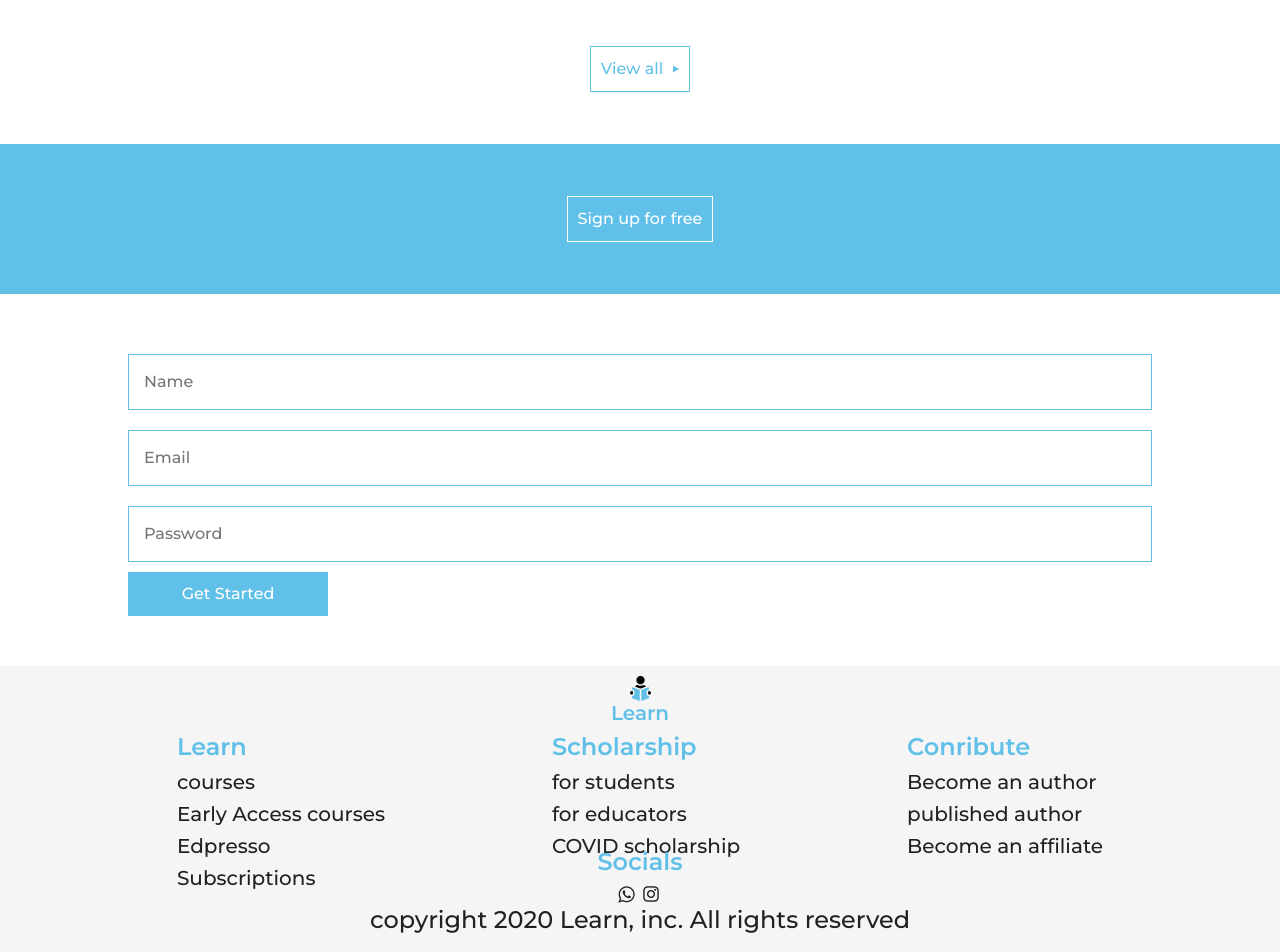
Repository: TiaraOluwanimi/team5
Page: tutor.html
The author's editor kept a copy of each file at every save. The page is drawn from the files as they stood at one save, then again after a run of saves.
The browser window is 1280 px wide. The pictures show the part of the page from y = 2344 to 3296 px (the page is 3296 px tall).
A picture or video elsewhere on the page could not be fetched, so the positions and the page height are approximate. Some web libraries are served in a nearby version.

Above is the page before, as saved 2020-08-08 12:18:35.

### tutor.html
<!DOCTYPE html>
<html lang="zxx">
  <head>
    <meta charset="UTF-8" />
    <meta name="viewport" content="width=device-width, initial-scale=1.0" />
    <title>Online Tutoring</title>
    <!-- Custom Css -->
    <link rel="stylesheet" href="./assets/css/header-footer.css" />
    <link rel="stylesheet" href="./assets/css/tutor.css" />
    <link rel="stylesheet" href="./assets/css/testimonial.css" />
    <!-- Favicon -->

    <!---------------------- CDNs----------------- -->
    <!-- Bootstrap CSS CDN -->
    <link
      rel="stylesheet"
      href="https://maxcdn.bootstrapcdn.com/bootstrap/4.0.0/css/bootstrap.min.css"
      integrity="sha384-Gn5384xqQ1aoWXA+058RXPxPg6fy4IWvTNh0E263XmFcJlSAwiGgFAW/dAiS6JXm"
      crossorigin="anonymous"
    />
    <!-- fontawesome CDN -->
    <!-- Google Font -->
    <link href="https://fonts.googleapis.com/css2?family=Montserrat:wght@500;600&display=swap" rel="stylesheet">
    <!-- Font Awesome -->
    <script src="https://kit.fontawesome.com/0f19ba4771.js" crossorigin="anonymous"></script>

</head>

<body>
    <!-- Welcome to this online tutoring website. 😊 -->
    <!--  Header  -->
    <nav class="nav1">
      <a href="#"><img src="./assets/img/logo.png" alt="" /></a>
      <div class="nav1div1">
        <img
          class="searchicon"
          onclick="displaySearchBar()"
          src="./assets/img/search.png"
          alt=""
        />
        <button class="nav1butt1">Log in</button>
        <button class="nav1butt2">Join for free</button>
      </div>
      <div class="nav1div2 display">
        <input
          class="searchbar"
          type="text"
          placeholder="Enter Text here"

        />
      </div>
    </nav>

    <!-- Landing Page -->
    <div class="div1">
        <img class="div1img1" src="./assets/img/hero-img.png" alt="">
        <div class="div1div1">
            <i class="fas fa-play-circle fa-2x div1img2"></i>
            &nbsp;&nbsp;&nbsp;
            <h3 class="div1hh1">TAKE A TOUR</h3>
        </div>
    </div>

    <div class="div2">
        <h1 class="div2hh1">
            LEARN ALL YOU WANT, AT YOUR OWN
            <span class="div2hh2">PACE.</span>
        </h1>
        <h4 class="div2hh3">
            Lorem ipsum dolor sit amet, consectetur
            adipiscing elit, sed do eiusmod tempor
            incididunt ut labore et dolore magna
            aliqua. Ut enim ad minim veniam, quis
            nostrud exercitation ullamco laboris nisi
            ut aliquip ex ea commodo consequat.
        </h4>
        <div class="div2div1">
            <button class="div2butt1">Get Started</button>
        </div>
    </div>
    <!-- join us section -->
    <section id="join-us" class="py-5" style="position: relative;">
        <div style="position: absolute; right: 0px; top:-10px;">
          <img src="./assets/img/Ellipse13.png" alt="" class="img-fluid" >
        </div>
        <div class="container">
          <div class="row">
            <div class="col-12 mx-auto text-center">
              <h4 class="mx-auto sec-head">
                <span><strong>Join Us</strong></span>
              </h4>
              <p>
                Join us for free classes taught by experts. And explore hundreds
                of free online classes.
              </p>
            </div>
            <div class="row py-3">
                <div class="col-md-4 text-center my-3">
                  <div class="box-shadow py-3">
                    <img
                      src="./assets/img/course.png"
                      alt=""
                      class="join-img img-fluid rounded-circle w-50"
                    />
                    <h4 class="my-5"><strong>Choose a Course</strong></h4>
                  </div>
                </div>
                <div class="col-md-4 text-center my-3">
                  <div class="box-shadow py-3">
                    <img
                      src="./assets/img/skillset.png"
                      alt=""
                      class="join-img img-fluid rounded-circle w-50"
                    />
                    <h4 class="my-5"><strong>Grow your skillset</strong></h4>
                  </div>
                </div>
                <div class="col-md-4 text-center my-3">
                  <div class="box-shadow py-3">
                    <img
                      src="./assets/img/mentorship.png"
                      alt=""
                      class="join-img img-fluid rounded-circle w-50"
                    />
                    <h4 class="my-5"><strong>Meet a mentor</strong></h4>
                  </div>
                </div>
                <button
                  class="btn btn-lg btn-outline-primary py-3 px-5 rounded-0 mx-auto"
                >
                  View All
                </button>
              </div>
            </div>
        </div>
          </section>

    <!-- service section -->
    <section id="services" class="py-5" style="position: relative;">
      <div style="position: absolute; left: 0px; top: -30px;">
        <img src="./assets/img/Ellipse10.png" alt="" />
      </div>
      <div
        style="position: absolute; right: 0px; top: 30%; transform: scale(-1);"
      >
        <img src="./assets/img/Ellipse10.png" alt="" />
      </div>
      <div class="container">
        <div class="row">
          <div class="col-12 mx-auto text-center">
            <h4 class="mx-auto sec-head">
              <span><strong>Services</strong></span>
            </h4>
            <p>
              Helping over 5,000 students reach their ultimate goals with our
              special packages.
            </p>
          </div>
        </div>
        <div class="row p-3">
          <div class="col-md-4 text-center py-3">
            <h4><strong>Get help, FAST</strong></h4>
            <img
              src="./assets/img/hourglass1.png"
              alt=""
              class="img-fluid w-25 my-3"
            />
            <p class="my-3" style="font-size: 14px;">
              Lorem ipsum dolor sit amet, consectetur adipiscing elit, sed do
              eiusmod tempor incididunt ut labore et dolore magna aliqua. Ut
              enim ad minim veniam, quis nostrud exercitation ullamco laboris
              nisi ut aliquip ex ea commodo consequat. um.
            </p>
            <h6 class="border py-3 px-1 mx-3 border-primary">
              Learn More <i></i>
            </h6>
          </div>
          <div class="col-md-4 text-center py-3">
            <h4><strong>Personalised tutoring</strong></h4>
            <img
              src="./assets/img/teacher1.png"
              alt=""
              class="img-fluid w-25 my-3"
            />
            <p class="my-3" style="font-size: 14px;">
              Lorem ipsum dolor sit amet, consectetur adipiscing elit, sed do
              eiusmod tempor incididunt ut labore et dolore magna aliqua. Ut
              enim ad minim veniam, quis nostrud exercitation ullamco laboris
              nisi ut aliquip ex ea commodo consequat. um.
            </p>
            <h6 class="border py-3 px-1 mx-3 border-primary">
              Learn More <i></i>
            </h6>
          </div>
          <div class="col-md-4 text-center py-3">
            <h4><strong>80+ Courses</strong></h4>
            <img
              src="./assets/img/test1.png"
              alt=""
              class="img-fluid w-25 my-3"
            />
            <p class="my-3" style="font-size: 14px;">
              Lorem ipsum dolor sit amet, consectetur adipiscing elit, sed do
              eiusmod tempor incididunt ut labore et dolore magna aliqua. Ut
              enim ad minim veniam, quis nostrud exercitation ullamco laboris
              nisi ut aliquip ex ea commodo consequat. um.
            </p>
            <h6 class="border py-3 px-1 mx-3 mx-lg-1 border-primary">
              Learn More <i></i>
            </h6>
          </div>
        </div>
      </div>
    </section>
    <!-- Testimonial section -->
    <section>
      <div>
        <div class="testimonial-heading">
          <div>
            <h4 class="mx-auto sec-head">
              <span><strong>Testimonials</strong></span>
            </h4>
          </div>
          <p>what our awesome client are saying</p>
        </div>
        <div  id="testimonial-details">
          <div class="testimonial-card col-3">
            <img src="./assets/img/Ellipse7.png" alt="">
            <div class="testimonial-statement">
              <p>Lorem ipsum dolor sit amet, consectetur adipiscing elit, sed do odo consequat. um.</p>
            </div>
            <p>-Rafiu</p>
          </div>
          <div class="testimonial-card col-3">
            <img src="./assets/img/Ellipse7.png" alt="">
            <div class="testimonial-statement">
              <p>Lorem ipsum dolor sit amet, consectetur adipiscing elit, sed do odo consequat. um.</p>
            </div>
            <p>-Rafiu</p>
          </div>
          <div class="testimonial-card col-3">
            <img src="./assets/img/Ellipse7.png" alt="">
            <div class="testimonial-statement">
              <p>Lorem ipsum dolor sit amet, consectetur adipiscing elit, sed do odo consequat. um.</p>
            </div>
            <p>-Rafiu</p>
          </div>

        </div>
        <div id="view-all-button">

          <button>View all<img src="./assets/img/polygonImg.png" alt="A play "/></button>
        </div>

        <div id="sign-button">

          <button>Sign up for free</button>
        </div>
        <div class="testimonial-container">
          <form >
            <input type="text" placeholder="Name">
            <input type="email" placeholder="Email">
            <input type="password" placeholder="Password">
            <button>Get Started</button>
          </form>
        </div>
      </div>
    </section>
    <!--  Footer  -->
    <footer class="footer1">
      <div class="footer1div1">
        <img class="footer1img1" src="./assets/img/logo.png" alt="" />
        <h5 class="footer1hh1">Learn</h5>
      </div>

      <div class="footer1div2">
        <div class="footer1div3">
          <h4 class="footer1hh2">Learn</h4>
          <a href="" class="footer1link1"
            ><h5 class="footer1hh3">courses</h5></a
          >
          <a href="" class="footer1link1"
            ><h5 class="footer1hh3">Early Access courses</h5></a
          >
          <a href="" class="footer1link1"
            ><h5 class="footer1hh3">Edpresso</h5></a
          >
          <a href="" class="footer1link1"
            ><h5 class="footer1hh3">Subscriptions</h5></a
          >
        </div>
        <div class="footer1div4">
          <h4 class="footer1hh2">Scholarship</h4>
          <a href="" class="footer1link1"
            ><h5 class="footer1hh3">for students</h5></a
          >
          <a href="" class="footer1link1"
            ><h5 class="footer1hh3">for educators</h5></a
          >
          <a href="" class="footer1link1"
            ><h5 class="footer1hh3">COVID scholarship</h5></a
          >
        </div>
        <div class="footer1div5">
          <h4 class="footer1hh2">Conribute</h4>
          <a href="" class="footer1link1"
            ><h5 class="footer1hh3">Become an author</h5></a
          >
          <a href="" class="footer1link1"
            ><h5 class="footer1hh3">published author</h5></a
          >
          <a href="" class="footer1link1"
            ><h5 class="footer1hh3">Become an affiliate</h5></a
          >
        </div>
      </div>

      <div class="footer1div6">
        <h4 class="footer1hh2 redd">Socials</h4>
        <a href="#"><img src="./assets/img/whatsapp.png" alt="" /></a>
        <a href="#"><img src="./assets/img/instagram.png" alt="" /></a>
      </div>

      <h4 class="footer1hh4">
        copyright 2020 Learn, inc. All rights reserved
      </h4>
    </footer>

    <!---------------------- CDNs----------------- -->
    <!-- jQuery CDN -->
    <script
      src="https://code.jquery.com/jquery-3.2.1.slim.min.js"
      integrity="sha384-KJ3o2DKtIkvYIK3UENzmM7KCkRr/rE9/Qpg6aAZGJwFDMVNA/GpGFF93hXpG5KkN"
      crossorigin="anonymous"
    ></script>
    <!-- ajax CDN -->
    <script
      src="https://cdnjs.cloudflare.com/ajax/libs/popper.js/1.12.9/umd/popper.min.js"
      integrity="sha384-ApNbgh9B+Y1QKtv3Rn7W3mgPxhU9K/ScQsAP7hUibX39j7fakFPskvXusvfa0b4Q"
      crossorigin="anonymous"
    ></script>
    <!-- BootstrapJS CDN -->
    <script
      src="https://maxcdn.bootstrapcdn.com/bootstrap/4.0.0/js/bootstrap.min.js"
      integrity="sha384-JZR6Spejh4U02d8jOt6vLEHfe/JQGiRRSQQxSfFWpi1MquVdAyjUar5+76PVCmYl"
      crossorigin="anonymous"
    ></script>
    <!-- Custom Javascript Links -->
    <script src="./assets/js/tutor.js"></script>
  </body>
</html>

### assets/css/header-footer.css

/*  Header Navbar */
body{
  margin: 0;
}
.nav1{
   margin: 10px;
}
.nav1div1{
    display: inline;
    float: right;
}
.nav1butt1{
    color: #212121;
    border-color: #212121;
    border-width: 1px;
    background-color: #FFFFFF;
    padding: 7px 7px;
    font-family: 'Montserrat', sans-serif;
    font-weight: 500;
    outline: none;
    margin-left: 35px;
}
.nav1butt2{
    color: #FFFFFF;
    border-color: #60C0E8;
    border: none;
    background-color: #60C0E8;
    padding: 8px 7px;
    font-family: 'Montserrat', sans-serif;
    font-weight: 500;
    outline: none;
    margin-left: 8px;
}
.nav1butt1:hover{
    background-color: #f0f0f0;
      cursor: pointer;
}
.nav1butt2:hover{
    background-color: #60adce;
    cursor: pointer;
}
.searchicon:hover{
    cursor: pointer;
}
.nav1div2{
    text-align: center;
    width: 100%;
    margin-top: 10px;
}
.searchbar{
    width: 60%;
    font-family: 'Montserrat', sans-serif;
    outline: none;
    border-radius: 10px;
    padding: 10px;
    border-width: 1px;
}
.footer1link1{
    text-decoration: none;
}
.display{
    display: none;
}



/*  Footer  */
.footer1{
    padding: 10px;
    background-color: #F5F5F5;
}
.footer1div1{
    text-align: center;
}
.footer1hh1{
    margin-top: 0px;
    font-family: 'Montserrat', sans-serif;
    color: #60C0E8;
    font-weight: 600;
}
.footer1div2{
    display: flex;
    flex-direction:row;
    justify-content: space-evenly;
}
.footer1hh2{
    font-family: 'Montserrat', sans-serif;
    color: #60C0E8;
    font-weight: 600;
}
.footer1hh3{
    font-family: 'Montserrat', sans-serif;
    color: #212121;
    font-weight: normal;
}
.footer1div6{
    text-align: center;
    margin-top: -50px;
}
.redd{
    margin-bottom: 5px;
}
.footer1hh4{
    text-align: center;
    font-family: 'Montserrat', sans-serif;
    color: #212121;
    font-style: normal;
    font-weight: 500;
}

/* Footer Media Queries */
@media only screen and (max-width: 399px) {
    .footer1div2{
        flex-direction: column;
        align-items: center;
    }
    .footer1div6{
        text-align: center;
        margin-top: -10px;
    }
}

### assets/css/tutor.css
* {
  font-family: "Montserrat", sans-serif;
}
.div1 {
  margin: 10px;
  text-align: center;
}
.div1div1 {
  width: 100%;
  display: flex;
  justify-content: center;
  background-color: #60c0e8;
  margin-top: -5px;
}
.div1img1 {
  width: 100%;
  height: 350px;
}
.div1img2 {
  padding-top: 15px;
  color: #ffffff;
}
.div1div1:hover {
  background-color: #60adce;
  cursor: pointer;
}
.div1hh1 {
  font-family: "Montserrat", sans-serif;
  font-weight: 600;
  color: #ffffff;
}

.div2 {
  margin: 10px;
}
.div2hh1 {
  font-family: "Montserrat", sans-serif;
  text-align: center;
  color: #3a3a3a;
  font-weight: bold;
}
.div2hh2 {
  color: #60c0e8;
}
.div2hh3 {
  font-family: "Montserrat", sans-serif;
  text-align: center;
  color: #000000;
  font-weight: 500;
}
.div2div1 {
  text-align: center;
}
.div2butt1 {
  background-color: #60c0e8;
  font-weight: 500;
  color: #ffffff;
  border: none;
  outline: none;
  padding: 15px 30px;
  font-size: large;
}
.div2butt1:hover {
  background-color: #60adce;
  cursor: pointer;
}

/* this handles the line in each section heading  */
.sec-head {
  width: 30%;
  text-align: center;
  border-bottom: 2px solid #000;
  line-height: 0.1em;
  margin: 10px 0 20px;
}
.sec-head span {
  background: #fff;
  padding: 0 10px;
}
/* join us images border */
.join-img {
  border: 5px solid #60c0e8 !important;
}
/* box shadow */
.box-shadow {
  box-shadow: 0px 5px 30px 0.5px #e6e6e6;
}
.box-shadow:hover {
  box-shadow: 0px 5px 30px 5px #c7c7c7;
}

@media screen and (max-width: 320px) {
  .sec-head {
    width: 70%;
  }
}

### assets/css/testimonial.css
.testimonial-heading{
    text-align:center;
    margin-bottom: 50px;;
}
.testimonial-card{
    text-align: center;
    height:250px;
    width:500px;
    padding:15px;
    position: relative;
    background-color: #60C0E8;
    margin: 50px 20px 25px;


}
.testimonial-card img{
    margin-top:-60px;

    width:120px;
    border: 8px solid white;
    border-radius: 100%;

}
.testimonial-statement{
    color:#fff;
    margin:10px 0;
}
#testimonial-details{
    display:flex;
    justify-content: space-around;
    flex-wrap:nowrap;
    overflow-y: scroll;
}

@media(min-wdith:750px){

}
.testimonial-container{
    width:90%;
    margin:0 auto;
    overflow: hidden;
}

#sign-button{
    background: #60C0E8;
    width:100%;
    height:150px;
    display: flex;
    align-items: center;
    justify-content: center;
}
#sign-button button{
    background:#60C0E8;
    color:#fff;
    padding:10px;
    border:1px solid #fff;
    transition: ease 1s;
}
#sign-button button:hover{
    background:#fff;
    color:#60C0E8;
  ;
}
#view-all-button{

    width:100%;
    height:150px;
    display: flex;
    align-items: center;
    justify-content: center;
}
#view-all-button button{
    background: #fff;
    padding:10px;
    color:#60C0E8;
    padding:10px;
    border:1px solid #60C0E8;
    transition: ease 1s;
}
#view-all-button button img{
    margin-left:10px;
}
#view-all-button button:hover{
    background:#fff;
    color:#60C0E8;
  ;
}
form{
    box-sizing: border-box;
    margin:50px 0;
}
form input{
    width:100%;
    margin:10px 0;
    padding:15px;
    border: 1px solid #60C0E8;
    box-sizing: border-box;
}

form button{
    width:200px;
    margin: 0 auto;
    background: #60C0E8;
    color:#fff;
    padding:10px;
    border:none;
}

@media(min-width:760px){
    .testimonial-container{
        width:80%;
        margin:0 auto;
        overflow: hidden;
    }
    #testimonial-details{
        display:flex;
        justify-content: space-around;
        flex-wrap:nowrap;

    }
}

### assets/js/tutor.js

function displaySearchBar(){
    document.querySelector(".nav1div2").classList.toggle("display");
}

After the next 5 saves:
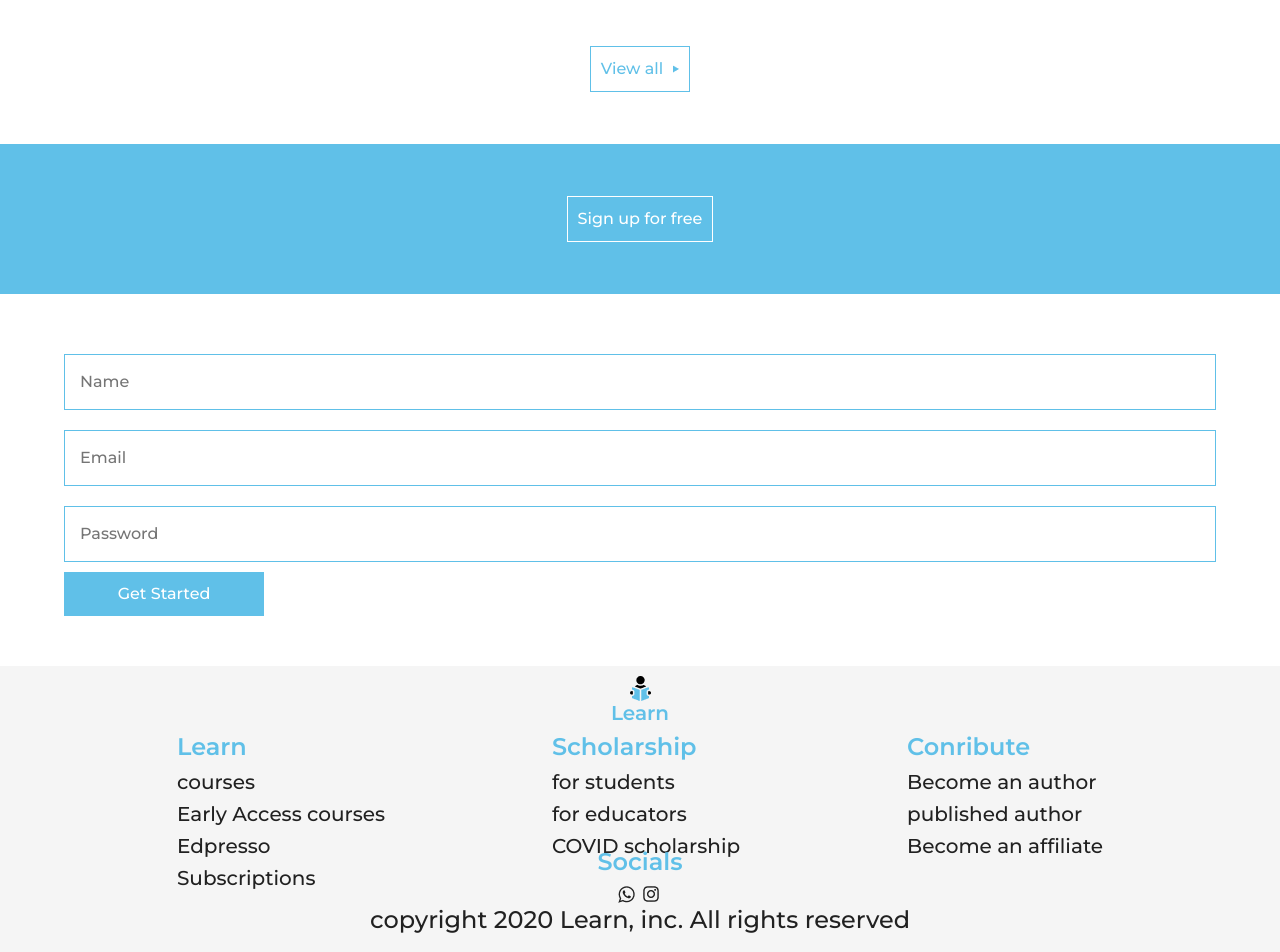
The 5 saves are shown as one change because they came seconds apart.
The last was saved 43 s later.
--- a/assets/css/testimonial.css
+++ b/assets/css/testimonial.css
@@ -105,7 +105,7 @@
     padding:10px;
     border:none;
 }
-
+@media(max-wdith:)
 @media(min-width:760px){
     .testimonial-container{
         width:80%;

After the 2 saves that followed:
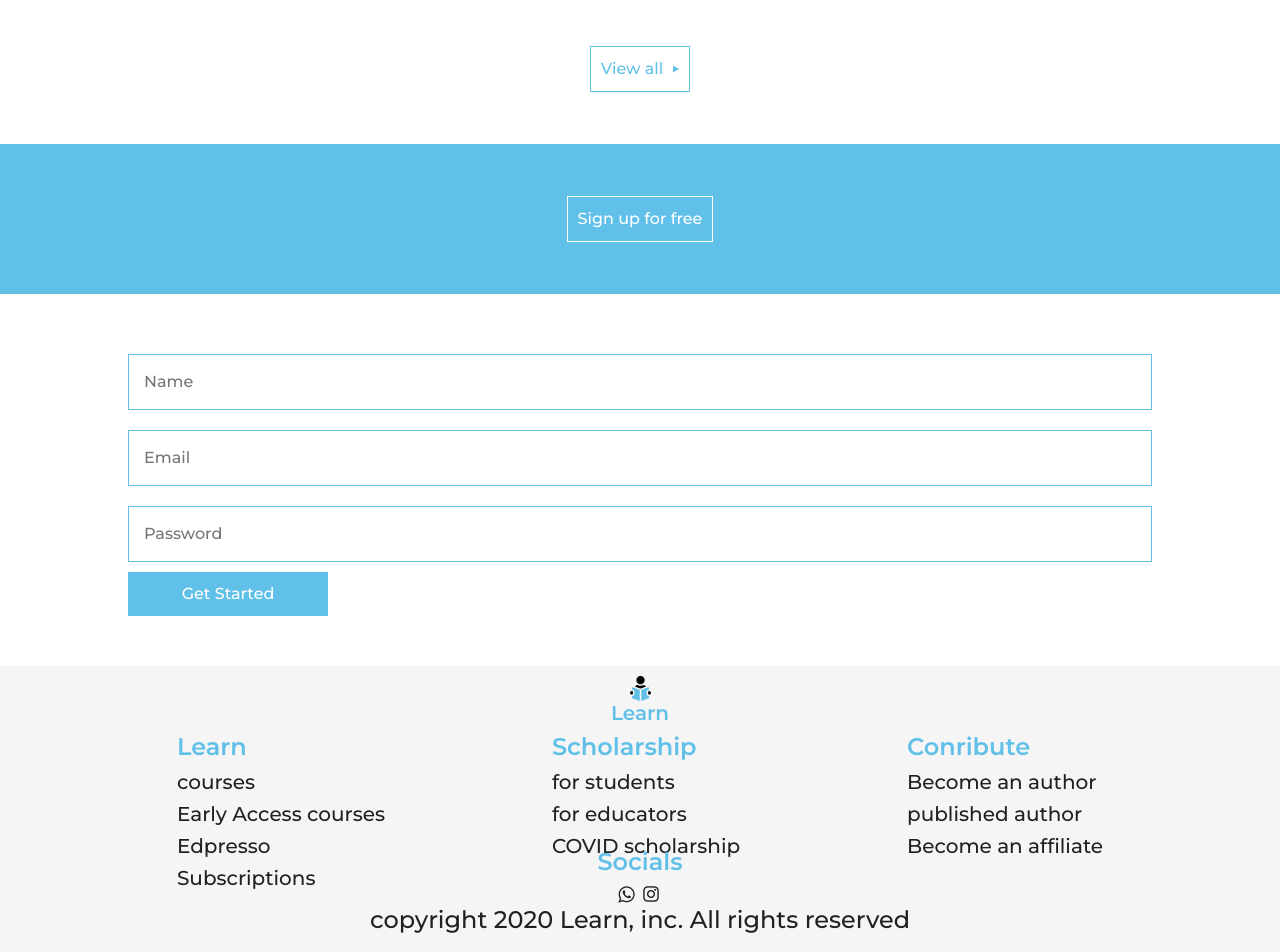
The 2 saves are shown as one change because they came seconds apart.
The last was saved 6 s later.
--- a/assets/css/testimonial.css
+++ b/assets/css/testimonial.css
@@ -105,7 +105,9 @@
     padding:10px;
     border:none;
 }
-@media(max-wdith:)
+@media(max-wdith:759px){
+
+}
 @media(min-width:760px){
     .testimonial-container{
         width:80%;
